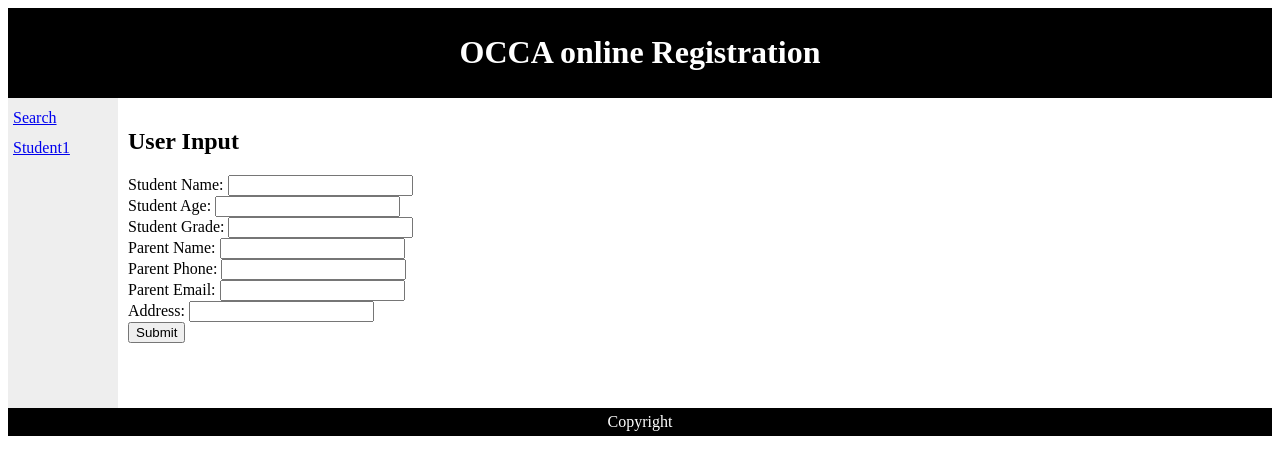
Repository: dreamxia329/TechExercise4830
Page: T3-0325-xia/T3-webProject-Xia/WebContent/addStudent.html
The author's editor kept a copy of each file at every save. The page is drawn from the files as they stood at one save, then again after the next save.
The browser window is 1280 px wide. The pictures show the whole page.

Above is the page before, as saved 2022-03-31 17:21:38.

After the next save:
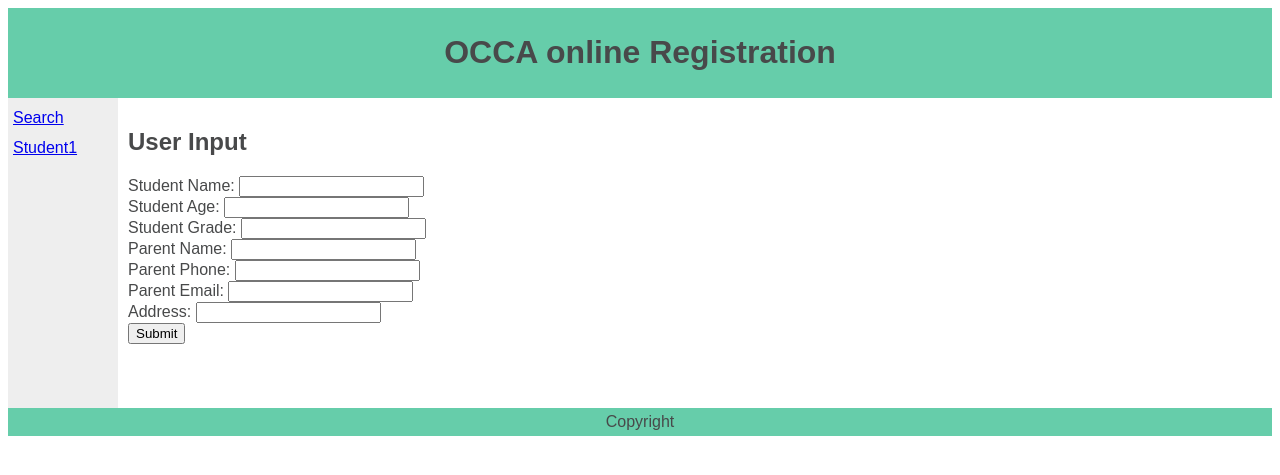
Saved 100 s later.
--- a/T3-0325-xia/T3-webProject-Xia/WebContent/addStudent.html
+++ b/T3-0325-xia/T3-webProject-Xia/WebContent/addStudent.html
@@ -1,9 +1,15 @@
 <html>
 <head>
 <style>
+
+body {
+	font-family: 'Poppins', sans-serif;
+	color: #48494a;
+}
+
 header {
-    background-color:black;
-    color:white;
+    background-color:#66CDAA;
+    color:#48494a;
     text-align:center;
     padding:5px;
 }
@@ -21,8 +27,8 @@ section {
     padding:10px;
 }
 footer {
-    background-color:black;
-    color:white;
+    background-color:#66CDAA;
+    color:#48494a;
     clear:both;
     text-align:center;
     padding:5px;
